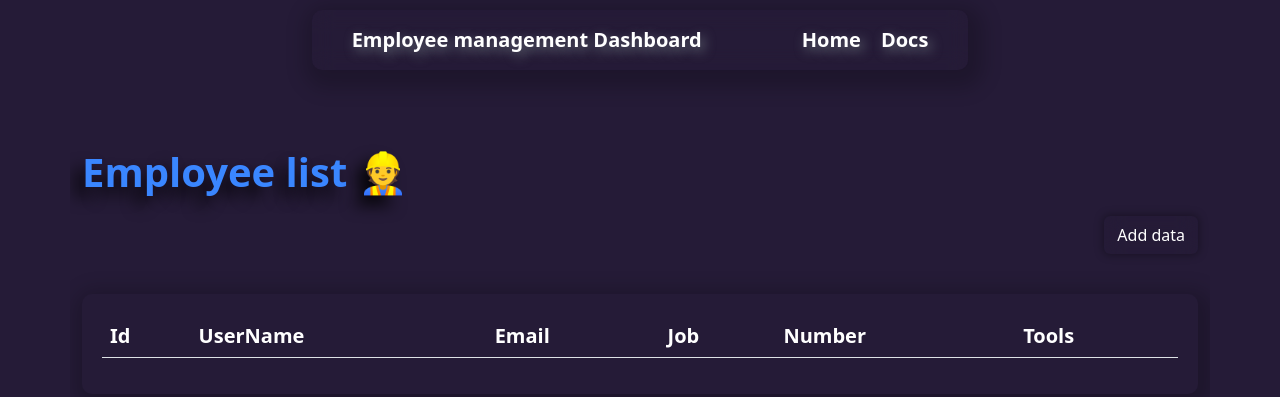
Repository: iamevs/Employee-Management-System
Page: /home (app in client/)
The author's editor kept a copy of each file at every save. The page is drawn from the files as they stood at one save, then again after the next save.
The browser window is 1280 px wide. The pictures show the whole page.
The page's requests for data from a server got no answer. The project was rebuilt for these pictures with package versions that can differ from the ones it lists, and the page was loaded fresh each time. No one was signed in, and anything a server would have sent is missing. Also part of the build but not shown: client/vite.config.js, client/src/components/Register.jsx, client/src/components/Edit.jsx, client/src/components/Hero.jsx. Imported but missing from the stored project, and not drawn on this page: client/src/components/Details.

Above is the page before, as saved 2022-11-29 00:27:40.

After the next save:
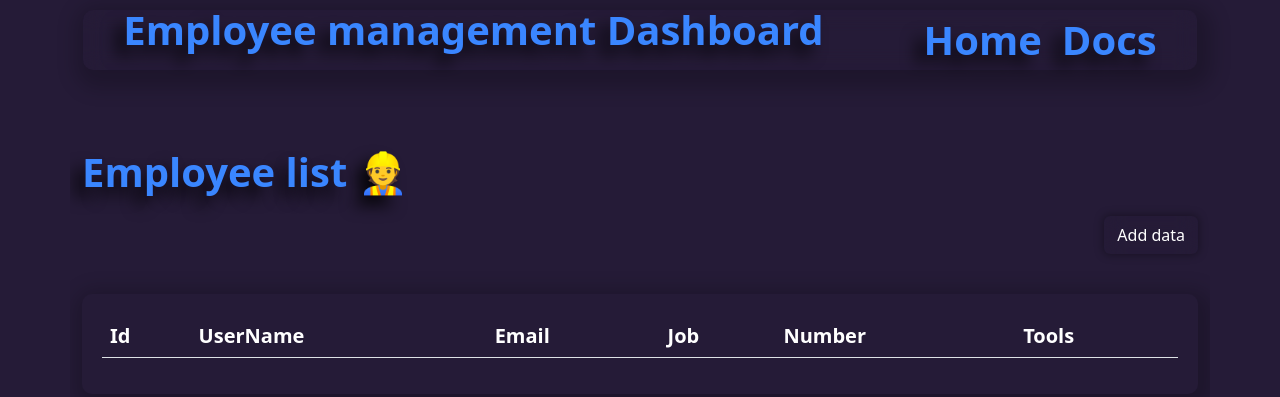
Saved 37 s later.
--- a/client/src/components/Navbar.jsx
+++ b/client/src/components/Navbar.jsx
@@ -18,24 +18,28 @@ const Navbar = () => {
                 borderRadius: "10px"
             }}>
                 <Box sx={{
-                    fontSize: "20px",
-                    textShadow: "3px 4px 12px #6c757d",
-                    fontWeight: "bold",
+                    fontSize: "2.5rem",
+                        color: "#3a86ff",
+                        fontWeight: "600",
+                        marginBottom: "20px",
+                        textShadow: "-10px 10px 15px rgba(0, 0, 0, 0.8)",
                     marginRight: "100px"
                 }}>Employee management Dashboard</Box>
                 <Box direction={"row"}>
                     <a href="/home" style={{
-                        color: "white",
-                        fontSize: "20px",
-                        textShadow: "3px 4px 12px #6c757d",
-                        fontWeight: "bold",
+                        fontSize: "2.5rem",
+                        color: "#3a86ff",
+                        fontWeight: "600",
+                        marginBottom: "20px",
+                        textShadow: "-10px 10px 15px rgba(0, 0, 0, 0.8)",
                         textDecoration: "none",
                     }}>Home</a>
                     <a href="/" style={{
-                        color: "white",
-                        fontSize: "20px",
-                        textShadow: "3px 4px 12px #6c757d",
-                        fontWeight: "bold",
+                        fontSize: "2.5rem",
+                        color: "#3a86ff",
+                        fontWeight: "600",
+                        marginBottom: "20px",
+                        textShadow: "-10px 10px 15px rgba(0, 0, 0, 0.8)",
                         textDecoration: "none",
                         marginLeft: "20px"
                     }}>Docs</a>
